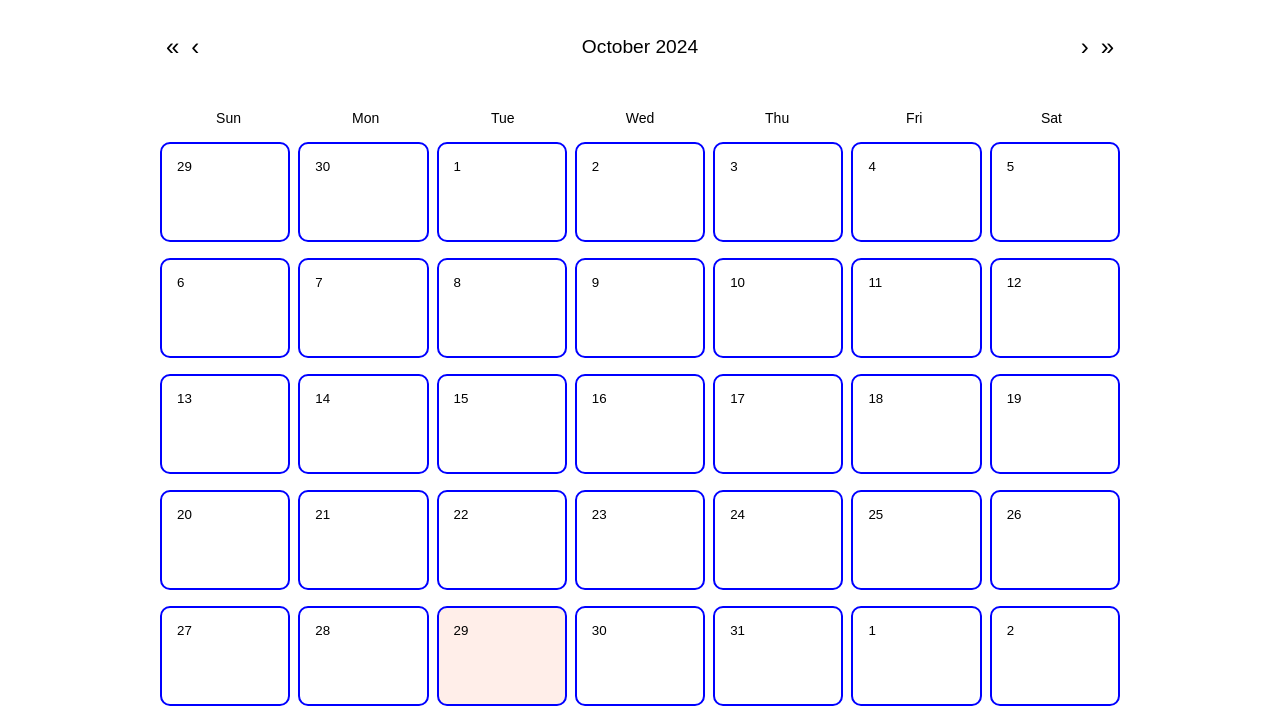
Repository: prgrms-fe-devcourse/NFE1-1-3-MOODI
Page: /
An editor plug-in stored every save of this project. The page is shown before and after a run of saves, followed by the edit.
The browser window is 1280 px wide. The pictures show the whole page.
The page's requests for data from a server got no answer. Some web fonts or font styles are not loaded; a fallback is used. The project was rebuilt for these pictures with package versions that can differ from the ones it lists, and the page was loaded fresh each time. No one was signed in, and anything a server would have sent is missing. Also part of the build but not shown: webpack.config.js.

Above is the page before, as saved 2024-10-29 14:39:29.

### public/index.html
<!doctype html>
<html lang="en">
    <head>
        <meta charset="UTF-8" />
        <meta http-equiv="X-UA-Compatible" content="IE=edge" />
        <meta name="viewport" content="width=device-width, initial-scale=1.0" />
        <link
            rel="stylesheet"
            type="text/css"
            href="https://cdn.jsdelivr.net/gh/orioncactus/pretendard/dist/web/static/pretendard.css"
        />
        <title>Webpack without CRA</title>
    </head>
    <body>
        <div id="root"></div>
    </body>
</html>

### src/app/Index.tsx
import React from 'react';
import ReactDOM from 'react-dom/client';
import App from './App';

const rootElement = document.getElementById('root')!;

const root = ReactDOM.createRoot(rootElement);

root.render(
    <React.StrictMode>
        <App />
    </React.StrictMode>
);

### src/app/App.tsx
import React from 'react';
import GlobalStyles from './styles/globalStyles';
import { QueryClient, QueryClientProvider } from '@tanstack/react-query';
import Calendar from '../features/calendar/index';

const queryClient = new QueryClient();

const App: React.FC = () => {
    return (
        <QueryClientProvider client={queryClient}>
            <GlobalStyles />
            <Calendar />
        </QueryClientProvider>
    );
};

export default App;

### src/app/styles/globalStyles.ts
import { createGlobalStyle } from 'styled-components';

const GlobalStyles = createGlobalStyle`

  /* CSS Reset */
  html,
  body,
  div,
  span,
  applet,
  object,
  iframe,
  h1,
  h2,
  h3,
  h4,
  h5,
  h6,
  p,
  blockquote,
  pre,
  a,
  abbr,
  acronym,
  address,
  big,
  cite,
  code,
  del,
  dfn,
  em,
  img,
  ins,
  kbd,
  q,
  s,
  samp,
  small,
  strike,
  strong,
  sub,
  sup,
  tt,
  var,
  b,
  u,
  i,
  center,
  dl,
  dt,
  dd,
  ol,
  ul,
  li,
  fieldset,
  form,
  label,
  legend,
  table,
  caption,
  tbody,
  tfoot,
  thead,
  tr,
  th,
  td,
  article,
  aside,
  canvas,
  details,
  embed,
  figure,
  figcaption,
  footer,
  header,
  hgroup,
  menu,
  nav,
  section {
    margin: 0;
    padding: 0;
    border: 0;
    font-size: 100%;
    font: inherit;
    vertical-align: baseline;
  }
  article,
  aside,
  details,
  figcaption,
  figure,
  footer,
  header,
  hgroup,
  menu,
  nav,
  section {
    display: block;
  }
  *[hidden] {
    display: none;
  }
  body {
    line-height: 1;
    font-family: 'Pretendard', sans-serif;
  }
  ol,
  ul {
    list-style: none;
  }
  blockquote,
  q {
    quotes: none;
  }
  blockquote:before,
  blockquote:after,
  q:before,
  q:after {
    content: '';
    content: none;
  }
  table {
    border-collapse: collapse;
    border-spacing: 0;
  }
  *,
  *::before,
  *::after {
    box-sizing: border-box;
  }
  body {
    margin: 0;
    padding: 0;
    overflow-y: scroll;
  }
  a{
    color: black;
    text-decoration-line: none;
  }
`;

export default GlobalStyles;

### src/features/calendar/index.tsx
import CalendarUi from './calendar-ui/CalendarUi';
import { CalendarWrapper } from './indexCss';

const Calendar = () => {
    return (
        <CalendarWrapper>
            <CalendarUi />
        </CalendarWrapper>
    );
};

export default Calendar;

### src/features/calendar/calendar-ui/CalendarUi.tsx
import { StyledCalendar, DateInnerContent } from './calendarUiCss';
import { Value } from 'react-calendar/dist/cjs/shared/types';
import { useState, useEffect } from 'react';
import moment from 'moment';
import { calendarDataFetch } from '../calendar-logic/calendarDataFetch';
import {
    getActiveMonth,
    handleTileClick
} from '../calendar-logic/calendarLogic';
import { getEmoticonPath } from '../get-emotion-path/getEmotionPath';

const CalendarUi: React.FC = () => {
    const curDate = new Date();
    const [vlu, onChange] = useState(curDate);
    const monthOfActiveDate = moment(vlu).format('YYYY-MM');
    const [activeMonth, setActiveMonth] = useState(monthOfActiveDate);
    const [fetchedData, setFetchedData] = useState<
        { id: number; created_date: string; emotion: string | null }[]
    >([]);
    const weekDays = ['Sun', 'Mon', 'Tue', 'Wed', 'Thu', 'Fri', 'Sat'];

    // fetchedData에 데이터를 저장
    const loadDates = async () => {
        const data = await calendarDataFetch(activeMonth);
        if (data) {
            const dates = data.map(
                (entry: {
                    id: number;
                    created_date: string;
                    emotion: string | null;
                }) => ({
                    id: entry.id,
                    created_date: moment(entry.created_date).format(
                        'YYYY-MM-DD'
                    ),
                    emotion: entry.emotion
                })
            );
            setFetchedData(dates);
        }
    };

    // 일기 여부에 따라 class주어주기
    const getTileClassName = (dateparam: Date): string => {
        const dateString = moment(dateparam).format('YYYY-MM-DD');
        const isCheckedDate = fetchedData.some(
            (entry) => entry.created_date === dateString
        );

        return isCheckedDate ? 'diary-date' : 'nodiary-date';
    };

    // fetchedData에서 아이템마다 id와 emotion 데이터 넣기
    const getTileContent = ({ date }: { date: Date }) => {
        const dateString = moment(date).format('YYYY-MM-DD');
        const matchedEntry = fetchedData.find(
            (entry) => entry.created_date === dateString
        );

        if (matchedEntry && matchedEntry.emotion) {
            return (
                <DateInnerContent
                    data-id={matchedEntry.id}
                    emotion={getEmoticonPath(matchedEntry.emotion)}
                    className="custom-tile-content"
                />
            );
        }
        return null; // 해당 날짜와 일치하는 데이터가 없으면 null 반환
    };

    useEffect(() => {
        loadDates();
    }, [activeMonth]);

    return (
        <StyledCalendar
            onActiveStartDateChange={({ activeStartDate }) =>
                getActiveMonth(activeStartDate, setActiveMonth)
            }
            formatDay={(locale, d) => d.getDate().toString()}
            formatShortWeekday={(locale, d) => weekDays[d.getDay()]}
            tileClassName={({ date }) => getTileClassName(date)}
            onClickDay={(date, event) => handleTileClick(event)}
            tileContent={getTileContent}
        />
    );
};

export default CalendarUi;

### src/features/calendar/indexCss.ts
import styled from 'styled-components';

export const CalendarWrapper = styled.div`
    display: flex;
    justify-content: center;
`;

### src/features/calendar/calendar-ui/calendarUiCss.ts
import Calendar, { CalendarType } from 'react-calendar';
import styled from 'styled-components';

export const StyledCalendar = styled(Calendar).attrs({
    calendarType: 'gregory' as CalendarType
})`
    width: 100%;
    max-width: 960px;
    background-color: rgba(255, 255, 255, 1);
    border: none;
    font-family: 'Pretendard', sans-serif;

    //년월컨테이너
    .react-calendar__navigation {
        display: flex;
        padding: 2rem 0;

        //년월선택ui
        button {
            border: none;
            border-radius: 10px;
            background-color: white;
            outline: none;
            font-size: 1.5rem;
            font-family: 'Pretendard', sans-serif;
            &:hover {
                background-color: rgba(0, 0, 0, 0.05);
                cursor: pointer;
            }
        }

        //년월텍스트
        .react-calendar__navigation__label {
            font-size: 1.2rem;
        }
    }

    //날짜/년월/10년 아이템
    .react-calendar__tile {
        max-width: initial !important;
        padding: 15px;
        height: 100px;
        background-color: white;
        border-radius: 28px;
        border: 1px solid rgba(0, 0, 0, 0.2);
        display: flex;
        flex-direction: column;
        justify-content: space-between;
        &:hover {
            background-color: rgba(0, 0, 0, 0.05);
            cursor: pointer;
        }
    }

    //10년박스
    .react-calendar__century-view__decades {
        display: grid !important;
        grid-template-columns: repeat(4, 1fr);
        column-gap: 0.5rem;
        row-gap: 1rem;
    }

    //년박스
    .react-calendar__decade-view__years {
        display: grid !important;
        grid-template-columns: repeat(4, 1fr);
        column-gap: 0.5rem;
        row-gap: 1rem;
    }

    //월박스
    .react-calendar__year-view__months {
        display: grid !important;
        grid-template-columns: repeat(4, 1fr);
        column-gap: 0.5rem;
        row-gap: 1rem;
    }

    //날짜박스
    .react-calendar__month-view__days {
        display: grid !important;
        grid-template-columns: repeat(7, 1fr);
        column-gap: 0.5rem;
        row-gap: 1rem;

        // 체크된 날짜 스타일
        .diary-date {
            border: 2px solid red; // 빨간 테두리
            border-radius: 10px;
        }

        // 체크되지 않은 날짜 스타일
        .nodiary-date {
            border: 2px solid blue; // 파란 테두리
            border-radius: 10px;
        }
    }

    //요일박스
    .react-calendar__month-view__weekdays {
        padding: 1rem 0;
        //요일아이템
        .react-calendar__month-view__weekdays__weekday {
            text-align: center;
            abbr {
                font-size: 14px;
                text-decoration: none;
            }
        }
    }

    //오늘날짜아이템
    .react-calendar__tile--now {
        background-color: #ffeee9;
        border: 1px solid #ff480e;
        color: black;
    }
`;

interface DateInnerContentProps {
    emotion: string | null;
}

export const DateInnerContent = styled.div<DateInnerContentProps>`
    background-image: url(${(props) => props.emotion});
    width: 40px;
    height: 40px;
    background-size: contain;
    background-repeat: no-repeat;
    align-self: flex-end;
`;

### src/features/calendar/calendar-logic/calendarDataFetch.tsx
export const calendarDataFetch = async (activeMonth: string) => {
    const split = activeMonth.split('-');
    try {
        const response = await fetch(
            `https://td3axvf8x7.execute-api.ap-northeast-2.amazonaws.com/moodi/diary?limit=40&user_email=annawa6@naver.com.com&year=${split[0]}&month=${split[1]}`
        );
        if (!response.ok) {
            throw new Error('데이터를 가져오는데 실패했습니다.');
        }
        const data = await response.json();
        return data;
    } catch (error) {
        console.error(error);
        return null;
    }
};

### src/features/calendar/calendar-logic/calendarLogic.tsx
import moment from 'moment';

export const handleTileClick = (event: React.MouseEvent<HTMLButtonElement>) => {
    const target = event.currentTarget.querySelector(
        '.custom-tile-content'
    ) as HTMLElement;
    const id = target?.getAttribute('data-id');

    if (id) {
        alert(`${id}로 이동`);
    } else {
        alert('일기 작성 페이지로 이동.');
    }
};

export const getActiveMonth = (
    activeStartDate: moment.MomentInput,
    setActiveMonth: React.Dispatch<React.SetStateAction<string>>
) => {
    const newActiveMonth = moment(activeStartDate).format('YYYY-MM');
    setActiveMonth(newActiveMonth);
};

### src/features/calendar/get-emotion-path/getEmotionPath.ts
export const getEmoticonPath = (emotion: string) => {
    const emotionMap: Record<string, string> = {
        기뻐요: 'emoji_excited',
        '자신 있어요': 'emoji_confident',
        감사해요: 'emoji_grateful',
        편안해요: 'emoji_comfortable',
        신이나요: 'emoji_excited',
        즐거워요: 'emoji_fun',
        만족스러워요: 'emoji_satisfied',
        사랑스러워요: 'emoji_lovely',
        모르겠어요: 'emoji_not_sure',
        부끄러워요: 'emoji_embarrassed',
        놀라워요: 'emoji_surprised',
        '아무생각이 없어요': 'emoji_blank',
        슬퍼요: 'emoji_sad',
        우울해요: 'emoji_depressed',
        실망스러워요: 'emoji_disappointed',
        후회돼요: 'emoji_regret',
        짜증나요: 'emoji_annoyed',
        화나요: 'emoji_angry',
        외로워요: 'emoji_lonely',
        충격받았어요: 'emoji_shocked',
        곤란해요: 'emoji_awkward'
    };

    const svgName = emotionMap[emotion];
    if (!svgName) {
        return null; // 매칭되는 감정이 없을 경우
    }

    return `emoji/${svgName}.svg`;
};

After the next 2 saves:
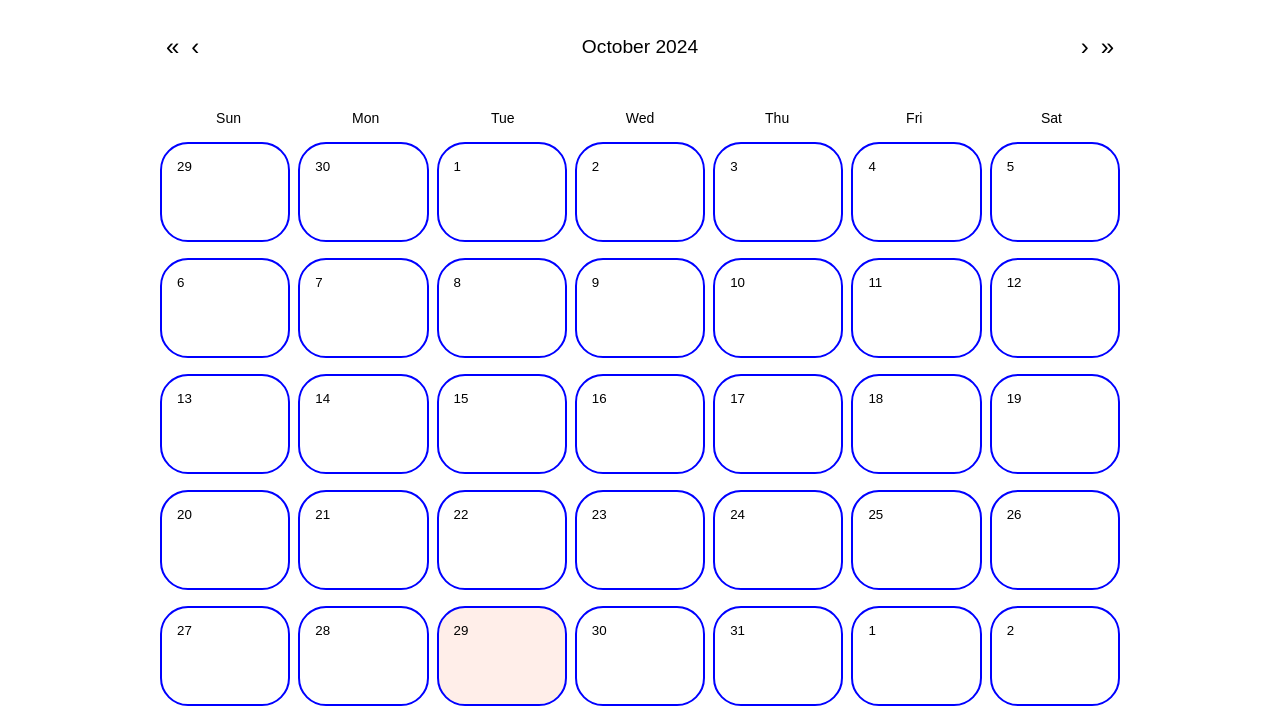
The 2 saves are shown as one change because they came seconds apart.
The last was saved 14 s later.
--- a/src/features/calendar/calendar-ui/calendarUiCss.ts
+++ b/src/features/calendar/calendar-ui/calendarUiCss.ts
@@ -86,13 +86,11 @@ export const StyledCalendar = styled(Calendar).attrs({
         // 체크된 날짜 스타일
         .diary-date {
             border: 2px solid red; // 빨간 테두리
-            border-radius: 10px;
         }
 
         // 체크되지 않은 날짜 스타일
         .nodiary-date {
             border: 2px solid blue; // 파란 테두리
-            border-radius: 10px;
         }
     }
 
